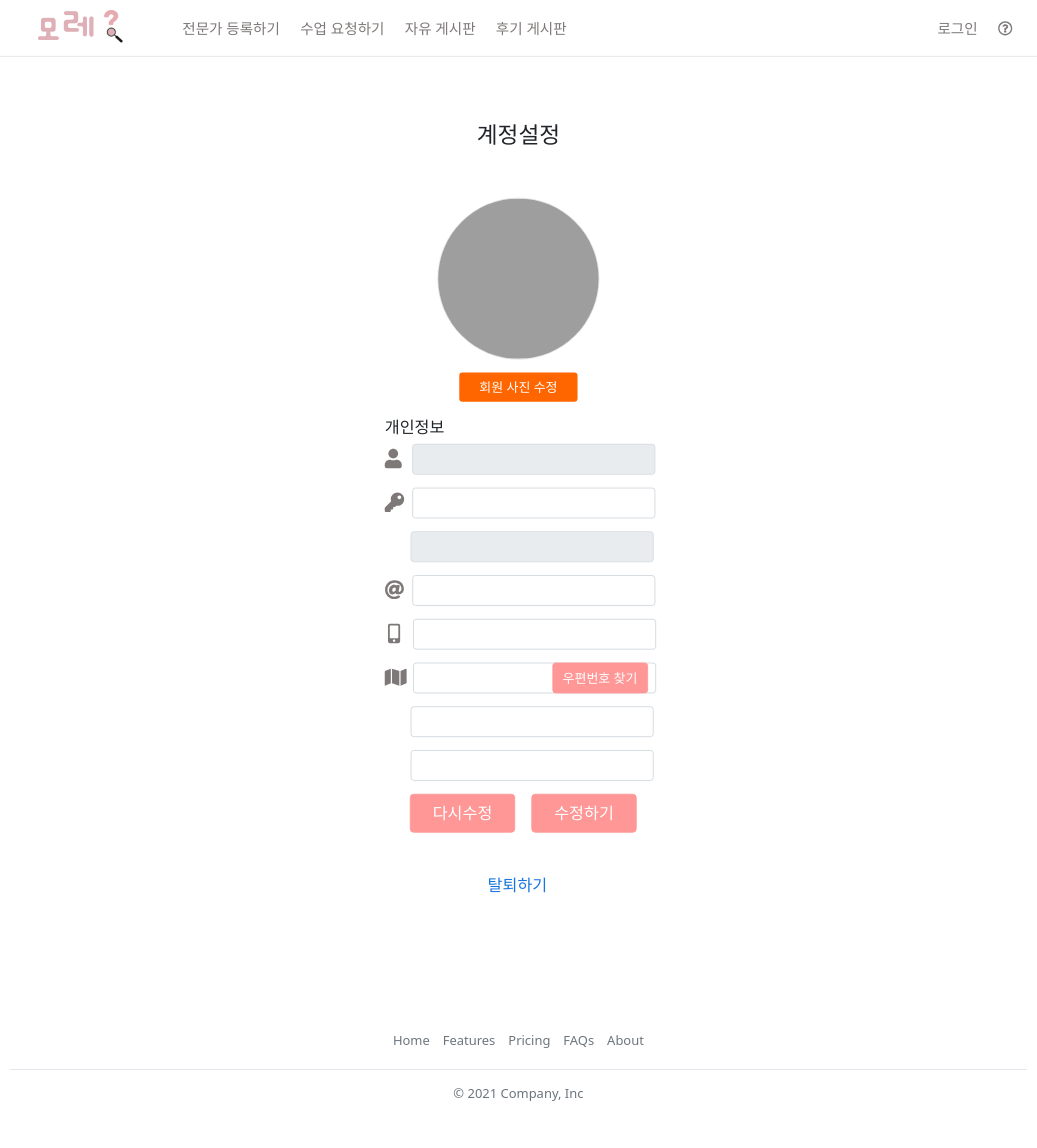
Repository: isssson/MVC2_more
Page: http://localhost/more/WEB-INF/views/member/account.jsp
The author's editor kept a copy of each file at every save. The page is drawn from the files as they stood at one save, then again after the next save.
The browser window is 1280 px wide. The pictures show the whole page, at 81% of full size.
Pictures or frames that could not be fetched are drawn as grey boxes. Some web libraries are served in a nearby version. The page is served by Tomcat 9. Nobody is signed in. Other server files are loaded and not shown. The template is opened directly, without the code that normally fills it, so the values that code supplies are empty.

Above is the page before, as saved 2021-12-13 06:34:20.

### more/src/main/webapp/WEB-INF/views/member/account.jsp
<%@ page language="java" contentType="text/html; charset=UTF-8"
    pageEncoding="UTF-8"%>
<%@ taglib prefix="c" uri="http://java.sun.com/jsp/jstl/core" %>
<!DOCTYPE html>
<html>
<head>
<meta charset="UTF-8">
<link href="resources/css/bootstrap.min.css" rel="stylesheet">
<link href="resources/css/member/account.css" rel="stylesheet">
<script src="//t1.daumcdn.net/mapjsapi/bundle/postcode/prod/postcode.v2.js"></script>
<script src="https://use.fontawesome.com/releases/v5.2.0/js/all.js"></script>
<title>모레-계정설정</title>
<style type="text/css">
	#file_btn {
	  padding: 6px 25px;
	  margin-bottom: 20px;
	  background-color:#FF6600;
	  border-radius: 4px;
	  color: white;
	  cursor: pointer;
	}
	#zip_code_btn {
		position: absolute;
		line-height: 1.5;
		margin-left: 171.5px;
	}
</style>
</head>
<body>
<%@ include file="/WEB-INF/views/header.jsp" %>
<div id="section">
	<div class="container">
	<div class="page-header">
    	<h2 class="text-center fw-400">계정설정</h2>
    </div>
  	<form action="accountRevise.do" method="post">
  	<div class="content text-center nth-first">
    	<img id="profile" src="resources/img/${dto.pic_path }" alt="">
    	<p><a href=""></a></p>
    	<label id="file_btn" for="input-file" >
			회원 사진 수정
    	</label>
    	<input type="file" name="pic_path" id="input-file" style="display:none; background-color: #ff9797; border-color: #ff9797;">
 		<script>
	  		// 사진 등록
	        let file = document.querySelector('#input-file');

	            file.onchange = function () {
	            let fileList = file.files ;

	            // 읽기
	            let reader = new FileReader();
	            reader.readAsDataURL(fileList [0]);

	            //로드 한 후
	            reader.onload = function  () {
	                document.querySelector('#profile').src = reader.result ;
	            };
	        };
	    </script>
  	</div>
  	<div class="content nth-second">
    	<h5>개인정보</h5>
    	<div class="name-field">
      	<p class="name-field">
		<i class="fas fa-user fa-2x" style="margin-right: 13px; float: left; margin-top: 6px; font-size: 1.5em"></i>
        <input type="text" class="form-control" value="${dto.id }" disabled>
        <input type="hidden" name="id" value="${dto.id }">
      	</p>
      	</div>
    </div>
    <div class="content nth-second">
        <p class="name-field">
          <i class="fas fa-key fa-2x" style="margin-right: 10px; float: left; margin-top: 6px; font-size: 1.5em"></i>
          <input type="text" class="form-control" name="pwd" value="${dto.pwd }">
        </p>
    </div>
    <div class="content nth-second">
    	<p class="name-field">
    	<input type="text" class="form-control" value="${dto.name }" disabled style="margin-left: 32px;">
        </p>
   	</div>
    <div class="content nth-second">
		<p class="name-field">
		<i class="fas fa-at fa-2x" style="margin-right: 10px; float: left; margin-top: 6px; font-size: 1.5em"></i>
          <input type="text" class="form-control" name="email" value="${dto.email }">
        </p>
    </div>
    <div class="content nth-second">
    	<p class="name-field">
		<i class="fas fa-mobile-alt fa-2x" style="margin-right: 16px; margin-left:4px; float: left; margin-top: 6px; font-size: 1.5em"></i>
			<input type="text" class="form-control" name="tel" value="${dto.tel }">
        </p>
    </div>
    <div class="content nth-second">
		<p class="name-field">
		<i class="fas fa-map fa-2x" style="margin-right: 8px; float: left; margin-top: 6px; font-size: 1.5em"></i>
		<input type="button" class="btn btn-primary" id="zip_code_btn" onclick="execDaumPostcode()" value="우편번호 찾기" style="background-color: #ff9797; border-color: #ff9797;">
        <input type="text" class="form-control" name="zip_code" id="postcode" value="${dto.zip_code }">
        </p>
                 <div id="wrap" style="display:none;border:1px solid;width:330px;height:300px;margin:5px 0;position:relative">
          <img src="//t1.daumcdn.net/postcode/resource/images/close.png" id="btnFoldWrap" style="cursor:pointer;position:absolute;right:0px;top:-1px;z-index:1" onclick="foldDaumPostcode()" alt="접기 버튼">
         </div>
    </div>
    <div class="content nth-second">
		<p class="name-field">
        <i></i>
        <input type="text" class="form-control" name="addr" id="address" value="${dto.addr }" style="margin-left: 32px;">
        </p>
    </div>
    <div class="content nth-second">
		<p class="name-field">
        <i></i>
        <input type="text" class="form-control" name="d_addr" id="detailAddress" value="${dto.d_addr }" style="margin-left: 32px;">
        </p>
    </div>
    <input type="hidden" class="" id="extraAddress" placeholder="참고항목">
    <div class="content nth-second">
	    <input type="reset" class="btn btn-primary btn-lg btn-block" style="width: 130px; float: left; margin-left: 31px; margin-right: 20px; background-color: #ff9797; border-color: #ff9797;" value="다시수정">
	    <input type="submit" class="btn btn-primary btn-lg btn-block" style="width: 130px; background-color: #ff9797; border-color: #ff9797;" value="수정하기">
    </div>
    <div class="content nth-second" style="margin-top: 50px; margin-left: 430px;">
    	<p class="name-field">
		<a href="memberDelete.do?id=${dto.id }" onclick="return confirm('정말로 탈퇴하시겠습니까?');" style="font-size: 20px;">탈퇴하기</a>
		</p>
    </div>
    </form>
	</div>
	<script>
	// 우편번호 찾기 찾기 화면을 넣을 element
	let element_wrap = document.getElementById('wrap');

	function foldDaumPostcode() {
	    // iframe을 넣은 element를 안보이게 한다.
	    element_wrap.style.display = 'none';
	}

	function execDaumPostcode() {
	    // 현재 scroll 위치를 저장해놓는다.
	    let currentScroll = Math.max(document.body.scrollTop, document.documentElement.scrollTop);
	    new daum.Postcode({
	        oncomplete: function(data) {
	            // 검색결과 항목을 클릭했을때 실행할 코드를 작성하는 부분.

	            // 각 주소의 노출 규칙에 따라 주소를 조합한다.
	            // 내려오는 변수가 값이 없는 경우엔 공백('')값을 가지므로, 이를 참고하여 분기 한다.
	            let addr = ''; // 주소 변수
	            let extraAddr = ''; // 참고항목 변수

	            //사용자가 선택한 주소 타입에 따라 해당 주소 값을 가져온다.
	            if (data.userSelectedType === 'R') { // 사용자가 도로명 주소를 선택했을 경우
	                addr = data.roadAddress;
	            } else { // 사용자가 지번 주소를 선택했을 경우(J)
	                addr = data.jibunAddress;
	            }

	            // 사용자가 선택한 주소가 도로명 타입일때 참고항목을 조합한다.
	            if(data.userSelectedType === 'R'){
	                // 법정동명이 있을 경우 추가한다. (법정리는 제외)
	                // 법정동의 경우 마지막 문자가 "동/로/가"로 끝난다.
	                if(data.bname !== '' && /[동|로|가]$/g.test(data.bname)){
	                    extraAddr += data.bname;
	                }
	                // 건물명이 있고, 공동주택일 경우 추가한다.
	                if(data.buildingName !== '' && data.apartment === 'Y'){
	                    extraAddr += (extraAddr !== '' ? ', ' + data.buildingName : data.buildingName);
	                }
	                // 표시할 참고항목이 있을 경우, 괄호까지 추가한 최종 문자열을 만든다.
	                if(extraAddr !== ''){
	                    extraAddr = ' (' + extraAddr + ')';
	                }
	                // 조합된 참고항목을 해당 필드에 넣는다.
	                document.getElementById("extraAddress").value = extraAddr;

	            } else {
	                document.getElementById("extraAddress").value = '';
	            }

	            // 우편번호와 주소 정보를 해당 필드에 넣는다.
	            document.getElementById('postcode').value = data.zonecode;
	            document.getElementById("address").value = addr;
	            // 커서를 상세주소 필드로 이동한다.
	            document.getElementById("detailAddress").focus();

	            // iframe을 넣은 element를 안보이게 한다.
	            // (autoClose:false 기능을 이용한다면, 아래 코드를 제거해야 화면에서 사라지지 않는다.)
	            element_wrap.style.display = 'none';

	            // 우편번호 찾기 화면이 보이기 이전으로 scroll 위치를 되돌린다.
	            document.body.scrollTop = currentScroll;
	        },
	        // 우편번호 찾기 화면 크기가 조정되었을때 실행할 코드를 작성하는 부분. iframe을 넣은 element의 높이값을 조정한다.
	        onresize : function(size) {
	            element_wrap.style.height = size.height+'px';
	        },
	        width : '100%',
	        height : '100%'
	    }).embed(element_wrap);

	    // iframe을 넣은 element를 보이게 한다.
	    element_wrap.style.display = 'block';
	}
</script>
</div>
<%@ include file="/WEB-INF/views/footer.jsp" %>
</body>
</html>

### more/src/main/webapp/WEB-INF/views/header.jsp
<%@ page language="java" contentType="text/html; charset=UTF-8"
    pageEncoding="UTF-8"%>
<%@ taglib prefix="c" uri="http://java.sun.com/jsp/jstl/core" %>
<script src="https://use.fontawesome.com/releases/v5.2.0/js/all.js"></script>
<link href="resources/css/header.css" rel="stylesheet">
<!-- ---------------------비회원  -->
<c:if test="${sessionScope.sessionStatus == null }">
	<header>
    <div id="headerContainer">
        <a href="index.do"><img src="resources/img/more_logo.jpg" alt="logo" style="padding: 10px"></a>
        <div id="menubar">
          <div id="leftMenu">
            <div><a href="regist1.do">전문가 등록하기</a></div>
            <div><a href="lessonList.do">수업 요청하기</a></div>
            <div><a href="bbsList.do">자유 게시판</a></div>
            <div><a href="reviewList.do">후기 게시판</a></div>
          </div>
          <div id="rightMenu">
               <div><a href="login.do">로그인</a></div>
               <div><a href="noticeList.do"><i class="far fa-question-circle"></i></a></div>
          </div>
        </div>
      </div>
	</header>
</c:if>
<!----------------------기본(의뢰인) 로그인중-->
<c:if test="${sessionScope.sessionStatus == 1 }">
	<header>
     <div id="headerContainer">
        <a href="index.do"><img src="resources/img/more_logo.jpg" alt="logo" style="padding: 10px"></a>
        <div id="menubar">
          <div id="leftMenu">
            <div id="client" onmouseover="show()" onmouseout="hide()">
               <a href="#">레슨</a>
              </div>
            <div id="joinExpert">
               <a href="regist1.do">전문가 등록하기</a>
             </div>
            <div><a href="bbsList.do">자유 게시판</a></div>
            <div><a href="reviewList.do">후기 게시판</a></div>
          </div>
          <div id="rightMenu">
            <div>${sessionScope.sessionName }님</div>
            <div><a href="setting.do"><i class="far fa-user fa-1x"></i></a></div>
            <div><a href="noticeList.do"><i class="far fa-question-circle"></i></a></div>
          </div>
        </div>
      </div>
      <div id="hiddenHeaderContainer" onmouseover="show()" onmouseout="hide()">
        <div class="hiddenItem">
          <div class="Item"><a href="suggestList.do">레슨 목록</a></div>
          <div class="Item"><a href="lessonList.do">레슨 요청하기</a></div>
          <div class="Item"><a href="sentRequest.do?id=${sessionScope.sessionId}">보낸 요청</a></div>
          <div class="Item"><a href="receiveSuggest.do?id=${sessionScope.sessionId }">받은 제안</a></div>
          <div class="Item"><a href="m_documentList.do">나의 레슨 내역</a></div>
        </div>
      </div>
	</header>
</c:if>
<!-- -----------------------전문가 로그인중 -->
<c:if test="${sessionScope.sessionStatus == 2 }">
	<header>
     <div id="headerContainer">
       <a href="index.do"><img src="resources/img/more_logo.jpg" alt="logo" style="padding: 10px"></a>
       <div id="menubar">
         <div id="leftMenu">
           <div id="client" onmouseover="show()" onmouseout="hide()">
              <a href="#">레슨</a>
             </div>
           <div><a href="bbsList.do">자유 게시판</a></div>
           <div><a href="reviewList.do">후기 게시판</a></div>
         </div>
         <div id="rightMenu">
           <div>${sessionScope.sessionName }님</div>
           <div><a href="setting.do"><i class="far fa-user fa-1x"></i></a></div>
		   <div><a href="noticeList.do"><i class="far fa-question-circle"></i></a></div>
         </div>
       </div>
     </div>
     <div id="hiddenHeaderContainer" onmouseover="show()" onmouseout="hide()">
       <div class="hiddenItem">
       	 <div class="Item"><a href="requestList.do">요청서 목록</a></div>
       	 <div class="Item"><a href="suggest.do">레슨 제안하기</a></div>
         <div class="Item"><a href="sentsuggest.do?id=${sessionScope.sessionId}">보낸 제안</a></div>
		 <div class="Item"><a href="m_documentList.do">나의 레슨 내역</a></div>
       </div>
     </div>
	</header>
</c:if>
   <script>
       function show(){
         document.getElementById('hiddenHeaderContainer').style.display='block';
       }
       function hide(){
         document.getElementById('hiddenHeaderContainer').style.display='none';
       }
  </script>

### more/src/main/webapp/WEB-INF/views/footer.jsp
<%@ page language="java" contentType="text/html; charset=UTF-8"
    pageEncoding="UTF-8"%>
<link href="resources/css/footer.css" rel="stylesheet">
<div class="container-fluid">
  <footer class="py-3 my-4">
    <ul class="nav justify-content-center border-bottom pb-3 mb-3">
      <li class="nav-item"><a href="#" class="nav-link px-2 text-muted">Home</a></li>
      <li class="nav-item"><a href="#" class="nav-link px-2 text-muted">Features</a></li>
      <li class="nav-item"><a href="#" class="nav-link px-2 text-muted">Pricing</a></li>
      <li class="nav-item"><a href="#" class="nav-link px-2 text-muted">FAQs</a></li>
      <li class="nav-item"><a href="#" class="nav-link px-2 text-muted">About</a></li>
    </ul>
    <p class="text-center text-muted">&copy; 2021 Company, Inc</p>
  </footer>
</div>

<div class="b-example-divider"></div>

### more/src/main/webapp/resources/css/member/account.css
@charset "UTF-8";
#section .container {
	width: 960px;
	margin-left: auto;
	margin-right: auto;
	padding-top: 60px;
	padding-bottom: 100px;
}
#section .page-header {
	margin-top: 20px;
	margin-bottom: 60px;
}
#section .page-header h2 {
	font-size: 28px;
}
#section .content.nth-first img {
	width: 200px;
	height: 200px;
	border-radius: 50%;
	object-fit: cover;
	background-color: #eee;
	border: 1px solid #e2e2e2;
}
#section .content p a {
	color: #1976de;
}
#section .content.nth-second {
	width: 330px;
	margin: 0 auto;
}
#section .content.nth-second p.name-field {
	width: 450px;
}
.form-control {
    width: 300px;
}

### more/src/main/webapp/resources/css/header.css
@charset "UTF-8";
a{
    text-decoration:none;
    color:rgb(26, 25, 25);
}
a:hover{
    color:rgb(26, 25, 25);
}
svg{
    color: #7e7878;
}
svg:hover{
    color: #424040;
    cursor: pointer;
}
#headerContainer{
    width:100%;
    height:70px;
    margin: 0 auto;
    display: flex;
    flex-direction: row;
    border-bottom:1px solid #dee2e6;
}
#headerContainer img{
    width: 200px;
    height: 65px;
    object-fit: cover;
}
#headerContainer #menubar{
    width:100%;
    height: 70px;
    display: flex;
    flex-direction: row;
    justify-content: space-between;
}
#headerContainer #menubar div a{
    font-size: 18px;
    color: #7e7878;
}
#headerContainer #menubar a:hover{
    color: #424040;
    font-weight: bold;
}
#menubar #leftMenu{
    display: flex;
}
#menubar #rightMenu{
    display: flex;
    margin-right: 30px;
}
#menubar #leftMenu div, #menubar #rightMenu div{
    font-size: 18px;
    line-height: 70px;
    margin-left: 25px;
}
#hiddenHeaderContainer{
    position: absolute;
    display: none;
    z-index: 1;
    width:100%;
    height:70px;
    left:50%;
    border-top:1px solid rgb(187, 183, 183);
    border-bottom:1px solid rgb(187, 183, 183);
    transform: translate(-50%);
    background-color: white;
}
#hiddenHeaderContainer .hiddenItem{

    width:100%;
    height:70px;
    margin-left: 170px;
    display: flex;
}
#hiddenHeaderContainer .hiddenItem .Item a{
    font-size: 18px;
    line-height: 70px;
    margin-left: 50px;
    color: #7e7878;
}
#hiddenHeaderContainer .hiddenItem .Item a:hover{
    color: #424040;
    font-weight: bold;
}

### more/src/main/webapp/resources/css/footer.css
@charset "UTF-8";
li {
	border-top: none;
}

Loaded but not shown: more/src/main/webapp/resources/css/bootstrap.min.css (library)

After the next save:
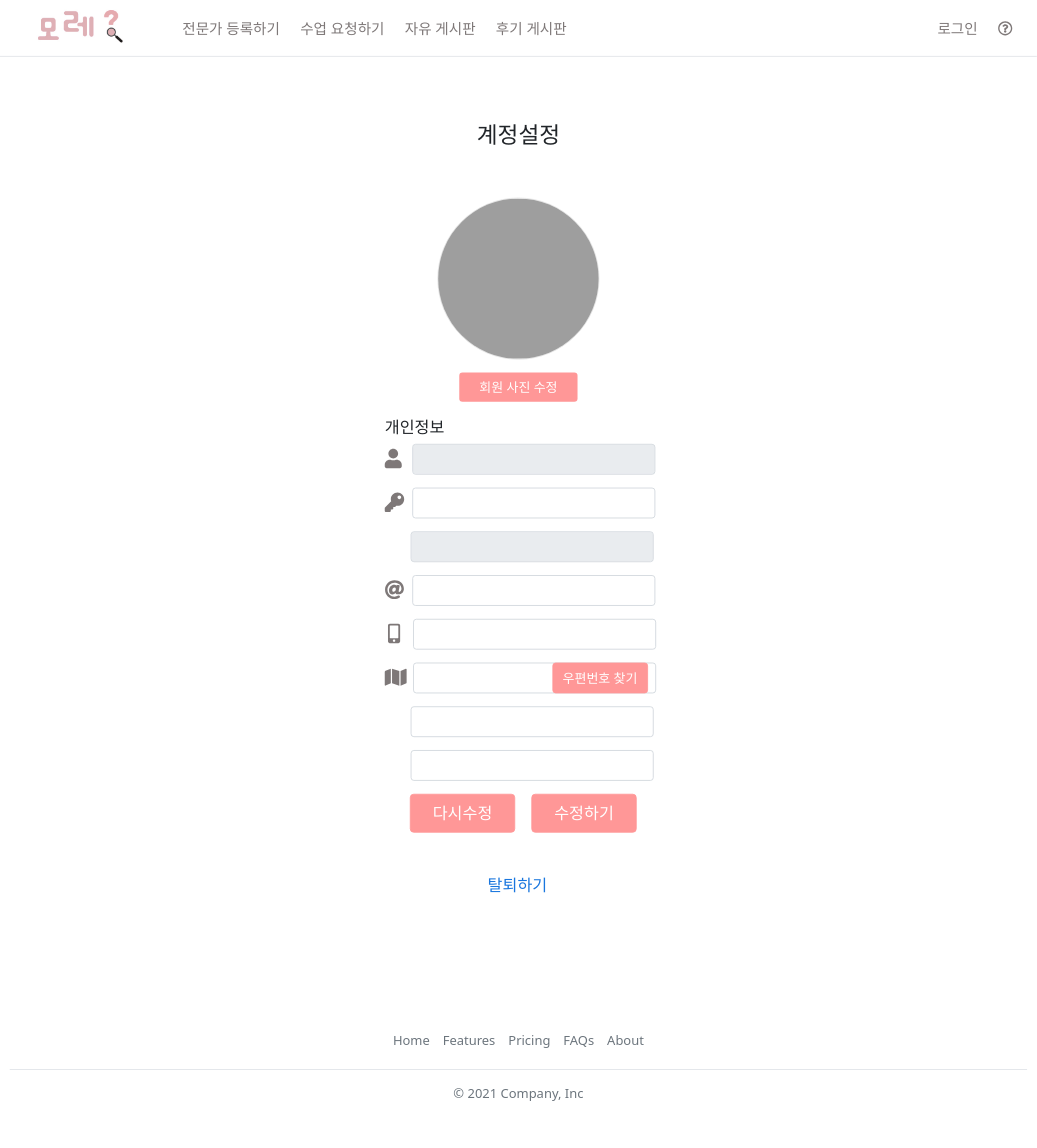
Saved 21 s later.
--- a/more/src/main/webapp/WEB-INF/views/member/account.jsp
+++ b/more/src/main/webapp/WEB-INF/views/member/account.jsp
@@ -37,10 +37,10 @@
   	<div class="content text-center nth-first">
     	<img id="profile" src="resources/img/${dto.pic_path }" alt="">
     	<p><a href=""></a></p>
-    	<label id="file_btn" for="input-file" >
+    	<label id="file_btn" for="input-file" style="background-color: #ff9797; border-color: #ff9797;" >
 			회원 사진 수정
     	</label>
-    	<input type="file" name="pic_path" id="input-file" style="display:none; background-color: #ff9797; border-color: #ff9797;">
+    	<input type="file" name="pic_path" id="input-file" style="display:none ">
  		<script>
 	  		// 사진 등록
 	        let file = document.querySelector('#input-file');
